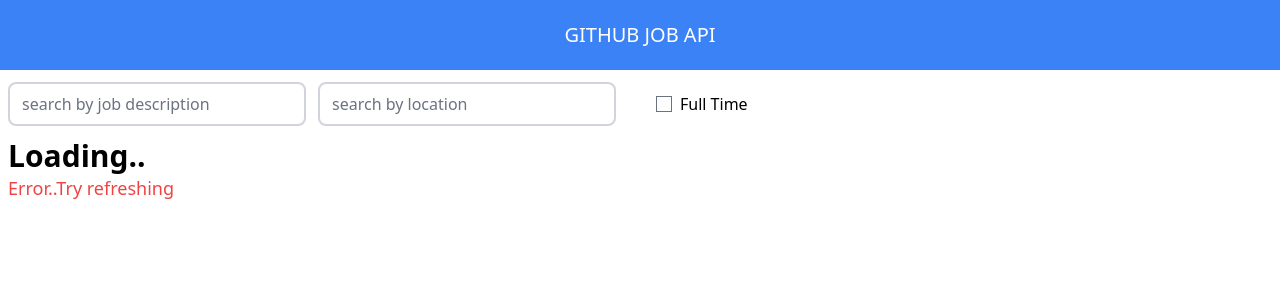
Repository: ShamroOoz/Github-job-api-React-Tailwind
Page: /
An editor plug-in stored every save of this project. The page is shown before and after the next save, followed by the edit.
The browser window is 1280 px wide. The pictures show the whole page.
The page's requests for data from a server got no answer. The project was rebuilt for these pictures with package versions that can differ from the ones it lists, and the page was loaded fresh each time. No one was signed in, and anything a server would have sent is missing. Also part of the build but not shown: craco.config.js.

Above is the page before, as saved 2021-03-21 16:40:42.

After the next save:
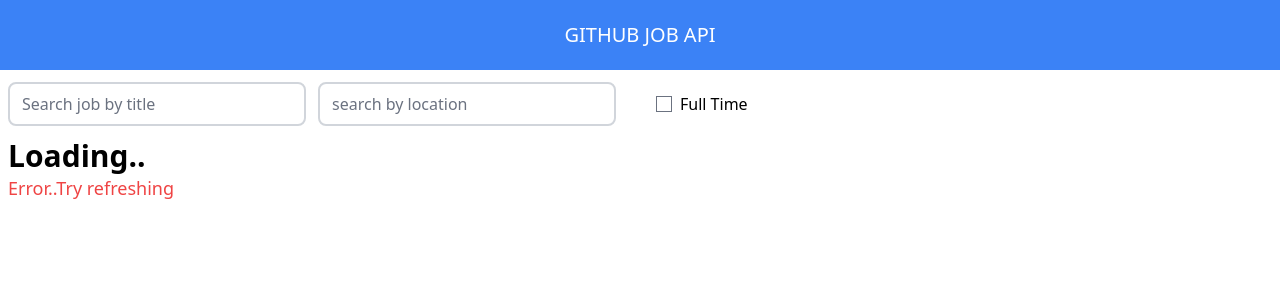
Saved 39 s later.
--- a/src/components/SearchForm.js
+++ b/src/components/SearchForm.js
@@ -8,7 +8,7 @@
           <input
             className="text-style"
             type="text"
-            placeholder={`search by job description `}
+            placeholder={`Search job by title `}
             name="description"
             value={params.description || ""}
             onChange={handleparamchange}
